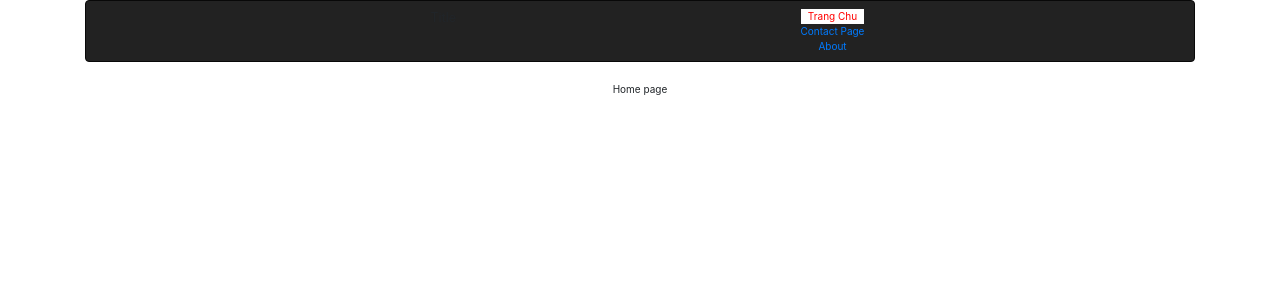
Repository: hntvip/react-route
Page: /
An editor plug-in stored every save of this project. The page is shown before and after the next save, followed by the edit.
The browser window is 1280 px wide. The pictures show the whole page.
The project was rebuilt for these pictures with package versions that can differ from the ones it lists, and the page was loaded fresh each time. Also part of the build but not shown: src/components/About.js, src/components/Contact.js.

Above is the page before, as saved 2019-11-27 16:52:00.

After the next save:
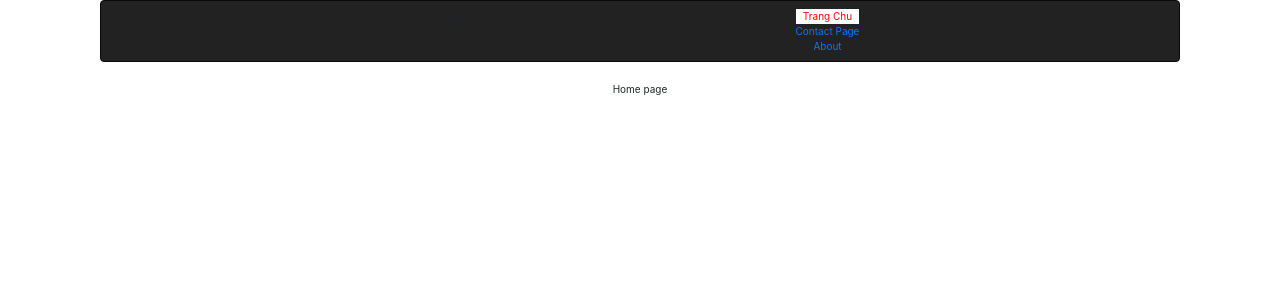
Saved 47 s later.
--- a/src/App.js
+++ b/src/App.js
@@ -10,7 +10,8 @@
       <div className="App">
         <div class="container">
           <div class="row-sm-12">
-           <nav className="navbar navbar-inverse">
+            <div class="col-sm-12">
+              <nav className="navbar navbar-inverse">
           <a  className="navbar-brand">Title</a>
           <ul className="nav navbar-nav">
               <NavLink
@@ -45,6 +46,7 @@
               </NavLink>
           </ul>
         </nav>
+            </div>
           </div>
         </div>
         {/* Noi Dung */}

After the save that followed:
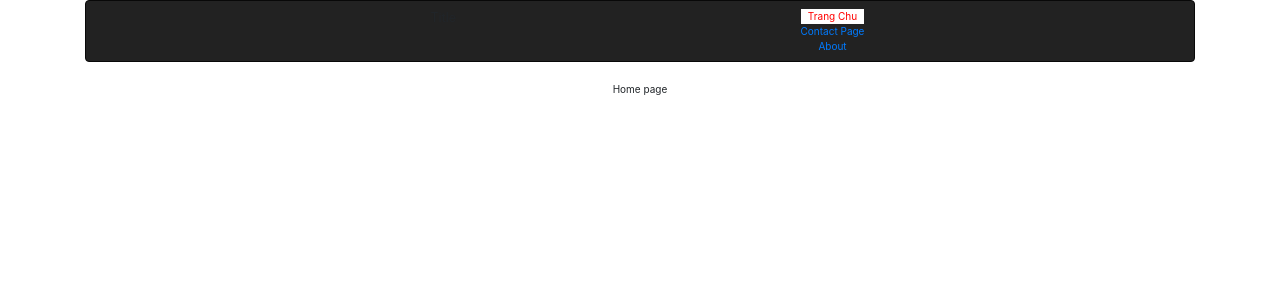
Saved 7 s later.
--- a/src/App.js
+++ b/src/App.js
@@ -9,7 +9,7 @@
     <Router>
       <div className="App">
         <div class="container">
-          <div class="row-sm-12">
+          <div class="row">
             <div class="col-sm-12">
               <nav className="navbar navbar-inverse">
           <a  className="navbar-brand">Title</a>
